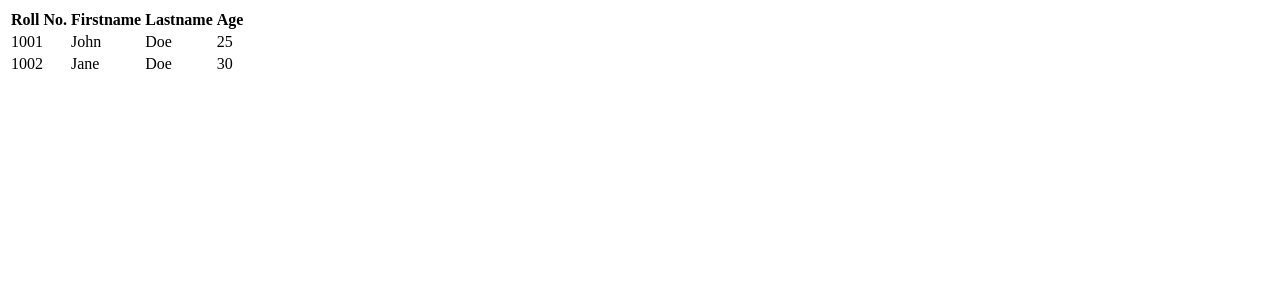
Repository: ankitgujre01/HTMLgeeks
Page: table.html
The author's editor kept a copy of each file at every save. The page is drawn from the files as they stood at one save, then again after a run of saves.
The browser window is 1280 px wide. The pictures show the whole page.

Above is the page before, as saved 2025-09-03 23:05:53.

### table.html
<!DOCTYPE html>
<html>
    <head>
        <title>Table</title>
    </head>
    <body>
        <table>
            <th>Roll No.</th>
            <th>Firstname</th>
            <th>Lastname</th>
            <th>Age</th>
            <tr>
                <td>1001</td>
                <td>John</td>
                <td>Doe</td>
                <td>25</td>
            </tr>
            <tr>
                <td>1002</td>
                <td>Jane</td>
                <td>Doe</td>
                <td>30</td>
            </tr>
        </table>
    </body>
</html>

After the next 5 saves:
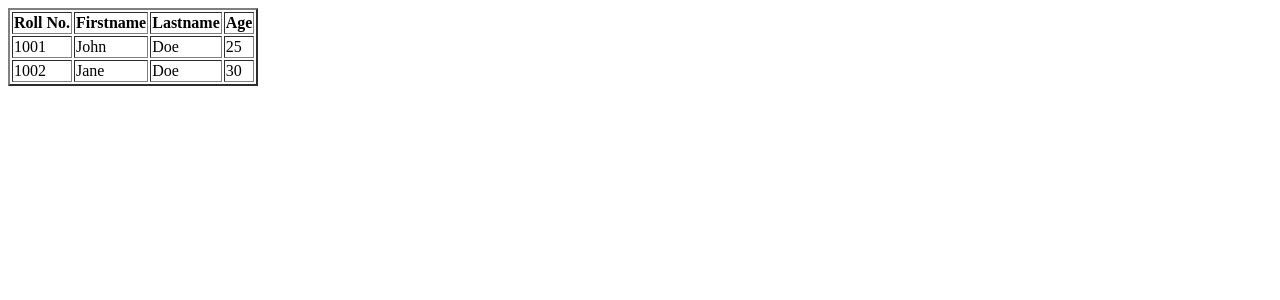
The 5 saves are shown as one change because they came seconds apart.
The last was saved 2 min 36 s later.
--- a/table.html
+++ b/table.html
@@ -4,7 +4,7 @@
         <title>Table</title>
     </head>
     <body>
-        <table>
+        <table border="2">
             <th>Roll No.</th>
             <th>Firstname</th>
             <th>Lastname</th>
